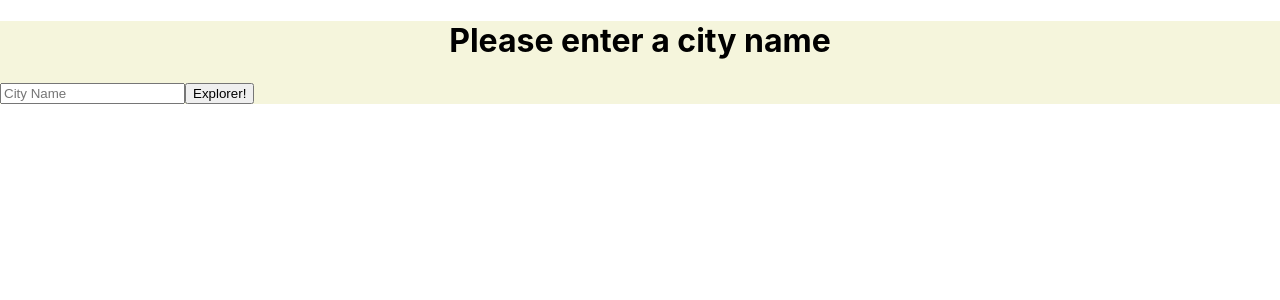
Repository: Razan-am/city-explorer-api-front
Page: /
These files come from the project's save history. The page is drawn as it stood at one moment and after the next save; the edit follows.
The browser window is 1280 px wide. The pictures show the whole page.
The project was rebuilt for these pictures with package versions that can differ from the ones it lists, and the page was loaded fresh each time. Also part of the build but not shown: src/components/Weather.js.

Above is the page before, as saved 2021-07-09 22:56:07.

After the next save:
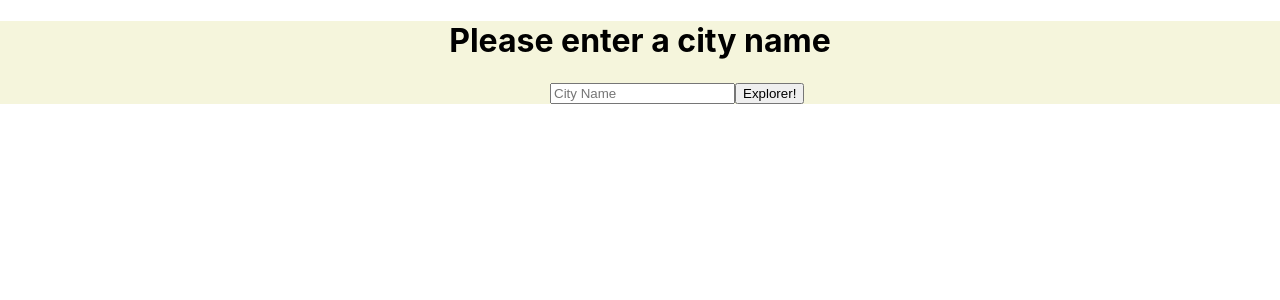
Saved 17 s later.
--- a/src/App.js
+++ b/src/App.js
@@ -71,7 +71,7 @@ class App extends Component {
         <AlertMessage
           alert={this.state.alert}
           error={this.state.error} />
-        <form onSubmit={this.handlerSubmit} >
+        <form onSubmit={this.handlerSubmit} style={{ marginLeft: '550px',}}>
           <input type='text' placeholder='City Name' onChange={(e) => { this.handlerData(e) }} />
           <button >Explorer!</button>
         </form>
